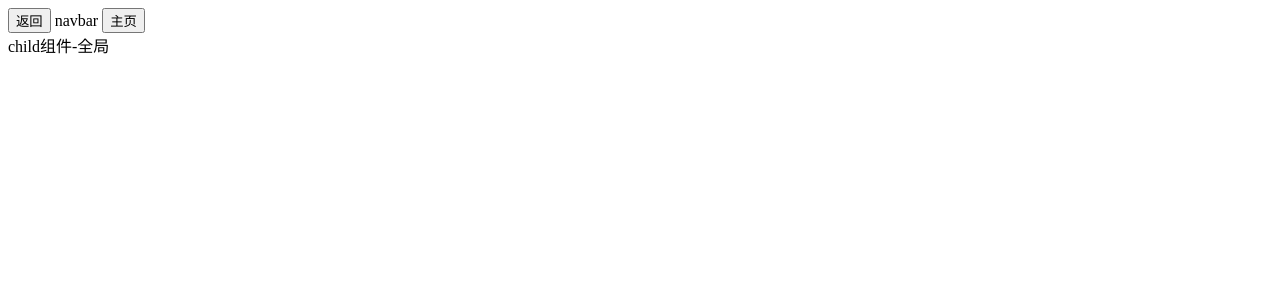
Repository: xiemin2161/mytest
Page: 01-组件.html
The author's editor kept a copy of each file at every save. The page is drawn from the files as they stood at one save, then again after the next save.
The browser window is 1280 px wide. The pictures show the whole page.

Above is the page before, as saved 2023-02-01 16:58:34.

After the next save:
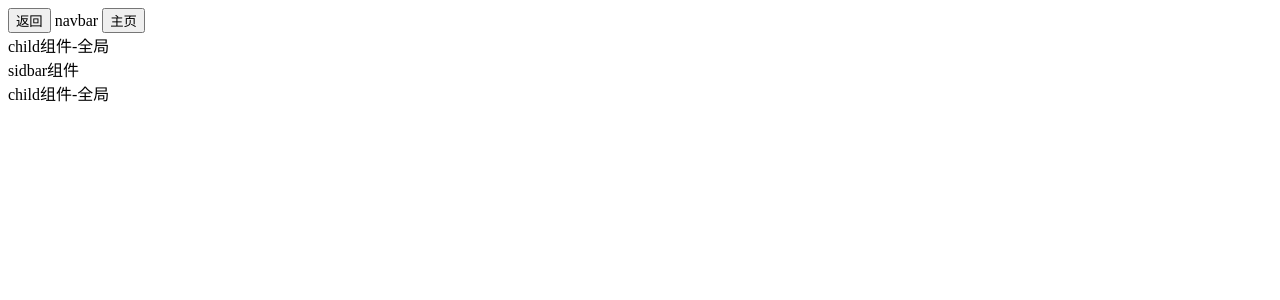
Saved 13 s later.
--- a/01-组件.html
+++ b/01-组件.html
@@ -17,6 +17,7 @@
   <body>
     <div id="box">
       <navbar></navbar>
+      <sidbar></sidbar>
     </div>
 
     <script type="text/javascript">
